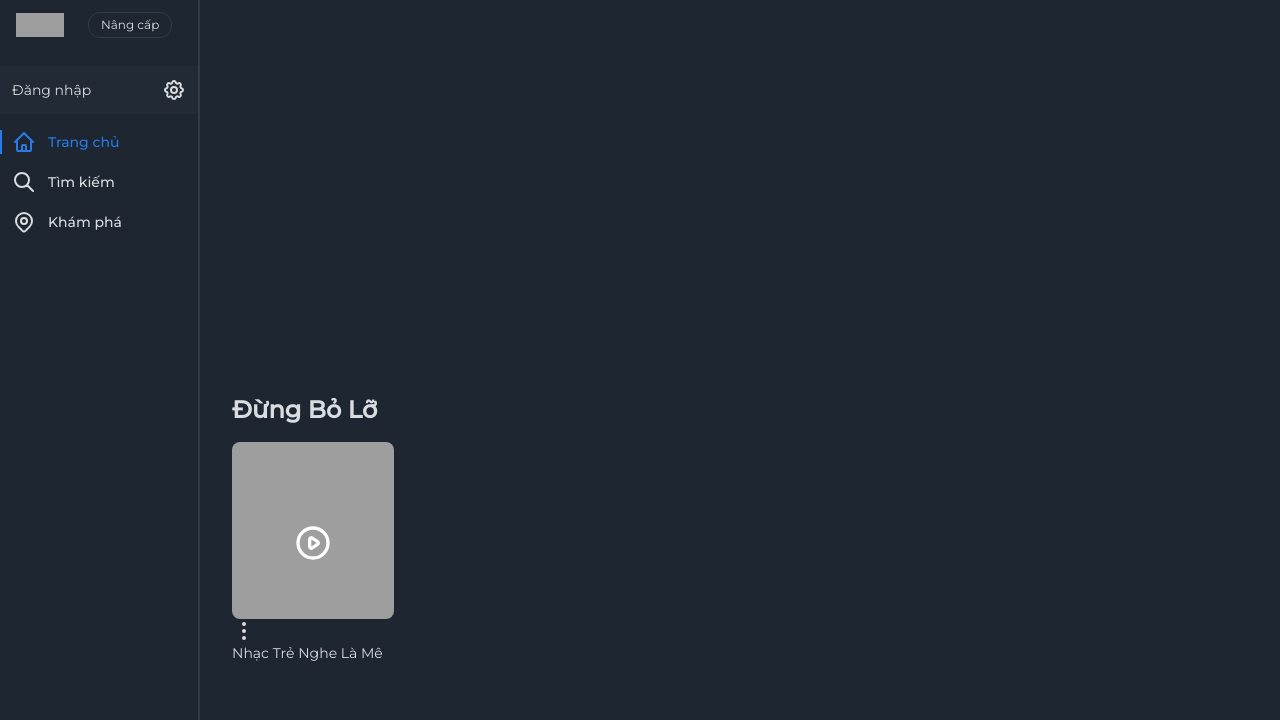
Repository: hoang0508/React-TypeScript-MP3
Page: /
These files come from the project's save history. The page is drawn as it stood at one moment and after the next save; the edit follows.
The browser window is 1280 px wide. The pictures show the whole page.
Pictures or frames that could not be fetched are drawn as grey boxes. The project was rebuilt for these pictures with package versions that can differ from the ones it lists, and the page was loaded fresh each time. Also part of the build but not shown: src/components/icon/IconDownLoad.tsx.

Above is the page before, as saved 2022-07-30 10:28:28.

### src/index.tsx
import React from "react";
import ReactDOM from "react-dom/client";
import "./index.scss";
import App from "./App";
import reportWebVitals from "./reportWebVitals";
import { BrowserRouter } from "react-router-dom";
import { Provider } from "react-redux";
import store from "./redux/configureStore";

const root = ReactDOM.createRoot(
  document.getElementById("root") as HTMLElement
);
root.render(
  <Provider store={store}>
    <BrowserRouter>
      <App />
    </BrowserRouter>
  </Provider>
);

// If you want to start measuring performance in your app, pass a function
// to log results (for example: reportWebVitals(console.log))
// or send to an analytics endpoint. Learn more: https://bit.ly/CRA-vitals
reportWebVitals();

### src/index.scss
@import url("https://fonts.googleapis.com/css2?family=Montserrat:wght@300;400;500&display=swap");
@tailwind base;
@tailwind components;
@tailwind utilities;
@layer base {
  body {
    @apply font-primary text-sm font-normal mx-auto bg-bgColor text-text1;
    text-rendering: optimizeLegibility;
    -webkit-font-smoothing: antialiased;
    max-width: 1440px;
  }
  input {
    @apply outline-none;
  }
}

body::-webkit-scrollbar {
  width: 8px;
}

body::-webkit-scrollbar-thumb {
  background-color: #1fa2ff;
  border-radius: 8px;
}

.swiper {
  width: 100%;
  height: 100%;
}

.swiper-slide {
  text-align: center;
  font-size: 18px;
  background: #fff;

  /* Center slide text vertically */
  display: -webkit-box;
  display: -ms-flexbox;
  display: -webkit-flex;
  display: flex;
  -webkit-box-pack: center;
  -ms-flex-pack: center;
  -webkit-justify-content: center;
  justify-content: center;
  -webkit-box-align: center;
  -ms-flex-align: center;
  -webkit-align-items: center;
  align-items: center;
}

.swiper-slide img {
  display: block;
  width: 100%;
  height: 100%;
  object-fit: cover;
}
.swiper .swiper-button-next,
.swiper-rtl .swiper-button-prev {
  right: 10px;
  left: auto;
  background-color: rgba(244, 246, 248, 0.02) !important;
  color: #fff;
  font-weight: 700;
}

.swiper .swiper-button-prev,
.swiper-rtl .swiper-button-next {
  left: 10px;
  right: auto;
  color: #fff;
  font-weight: 700;
}

### src/App.tsx
import React, { lazy, Suspense, useEffect } from "react";
import { useDispatch, useSelector } from "react-redux";
import { Route, Routes } from "react-router-dom";
import { Fetchdata } from "./redux/MusicSlice";
const HomePage = lazy(() => import("./pages/HomePage"));

function App() {
  return (
    <Suspense fallback={<></>}>
      <Routes>
        <Route path="/" element={<HomePage />}></Route>
      </Routes>
    </Suspense>
  );
}

export default App;

### src/redux/configureStore.tsx
import { configureStore, combineReducers } from "@reduxjs/toolkit";
import MusicSlice from "./MusicSlice";

const reducer = combineReducers({
  music: MusicSlice,
});

const store = configureStore({
  reducer: reducer,
  middleware: (getDefaultMiddleware) =>
    getDefaultMiddleware({
      serializableCheck: false,
    }).concat(),
});

export default store;

### src/pages/HomePage.tsx
import * as React from "react";
import { useDispatch } from "react-redux";
import HeadingLine from "../components/common/Headingline";
import { LayoutMusicPage } from "../layout/LayoutMusicPage";
import HomeBanner from "../modules/home/HomeBanner";
import MusicListFeed from "../modules/music/MusicListFeed";
import { Fetchdata } from "../redux/MusicSlice";

interface HomePageProps {}

export default function HomePage(props: HomePageProps) {
  const dispatch = useDispatch();
  React.useEffect(() => {
    dispatch(Fetchdata());
  }, [dispatch]);
  return (
    <LayoutMusicPage>
      <HomeBanner></HomeBanner>
      <HeadingLine>Đừng bỏ lỡ</HeadingLine>
      <MusicListFeed heading="miss"></MusicListFeed>
    </LayoutMusicPage>
  );
}

### src/redux/MusicSlice.tsx
import { createAsyncThunk, createSlice } from "@reduxjs/toolkit";
const {
  getHome,
  getSong,
  getPlaylists,
  //... and many other services
} = require("nhaccuatui-api-full");

export const Fetchdata: any = createAsyncThunk(
  "fetchMusic",
  async (dispatch, getState) => {
    const data = await getHome();
    return data;
  }
);

const MusicSlice = createSlice({
  name: "music",
  initialState: {
    dataMusic: {},
    isLoading: false,
    errorMessage: "",
  },
  reducers: {},
  extraReducers: (builder) => {
    // Bắt đầu thực hiện action login (Promise pending)
    builder.addCase(Fetchdata.pending, (state) => {
      // Bật trạng thái loading
      state.isLoading = true;
    });

    // Khi thực hiện action Fetchdata thành công (Promise fulfilled)
    builder.addCase(Fetchdata.fulfilled, (state, action) => {
      // Tắt trạng thái loading, lưu thông tin user vào store
      state.isLoading = false;
      state.dataMusic = action.payload;
    });

    // Khi thực hiện action Fetchdata thất bại (Promise rejected)
    builder.addCase(Fetchdata.rejected, (state, action) => {
      // Tắt trạng thái loading, lưu thông báo lỗi vào store
      state.isLoading = false;
      // state.errorMessage = action.payload.message;
    });
  },
});

export default MusicSlice.reducer;

### src/components/common/Headingline.tsx
import * as React from "react";

interface HeadingLineProps {
  children: any;
}

export default function HeadingLine({ children }: HeadingLineProps) {
  return (
    <h3 className="text-text1 text-2xl font-bold mb-4 capitalize">
      {children}
    </h3>
  );
}

### src/layout/LayoutMusicPage.tsx
import * as React from "react";
import { Sidebar } from "../modules/Menu/Sidebar/Sidebar";

interface ILayoutMusicPageprops {
  children: any;
}

export function LayoutMusicPage({ children }: ILayoutMusicPageprops) {
  return (
    <>
      <Sidebar></Sidebar>
      <div className="pl-[200px]">
        <div className="flex">
          <div className="w-[75%] py-6 px-8">{children}</div>
          <div className="w-[30%]"></div>
        </div>
      </div>
    </>
  );
}

### src/modules/home/HomeBanner.tsx
import * as React from "react";
import { useSelector } from "react-redux";
// Import Swiper React components
import { Swiper, SwiperSlide } from "swiper/react";

// Import Swiper styles
import "swiper/css";
import "swiper/css/pagination";
import "swiper/css/navigation";
import { Autoplay, Pagination, Navigation } from "swiper";
interface HomeBannerProps {
  description?: string;
  imageUrl?: string;
  key?: string;
  order?: number;
  thumbnail?: string;
  title?: string;
  url?: string;
}

export default function HomeBanner(props: HomeBannerProps) {
  const data = useSelector((state: any) => state.music.dataMusic);
  const dataBanner = data.showcase;
  return (
    <div className="min-h-[300px] mb-[70px]">
      <Swiper
        spaceBetween={30}
        centeredSlides={true}
        // autoplay={{
        //   delay: 3000,
        //   disableOnInteraction: false,
        // }}
        pagination={{
          clickable: true,
        }}
        navigation={true}
        modules={[Autoplay, Pagination, Navigation]}
        className="mySwiper"
      >
        {dataBanner &&
          dataBanner.length > 0 &&
          dataBanner.map((item: HomeBannerProps) => (
            <SwiperSlide key={item.key}>
              <img src={item.thumbnail} alt="" />
            </SwiperSlide>
          ))}
      </Swiper>
    </div>
  );
}

### src/modules/music/MusicListFeed.tsx
import * as React from "react";
import { useSelector } from "react-redux";
import { IconDots, IconPlay } from "../../components/icon";

interface MusicListFeedProps {
  heading: string;
}

export default function MusicListFeed({ heading }: MusicListFeedProps) {
  const data = useSelector((state: any) => state.music.dataMusic);
  let dataFeed;
  switch (heading) {
    case "miss":
      dataFeed = data?.topicEvent ? data?.topicEvent[0]?.listPlaylist : null;
      break;
    case "select":
      dataFeed = data?.topicEvent ? data?.topicEvent[1]?.listPlaylist : null;
      break;
    case "fire":
      dataFeed = data?.topicEvent ? data?.topicEvent[2]?.listPlaylist : null;
      break;
    default:
      break;
  }
  console.log(dataFeed);
  return (
    <div className="grid grid-cols-4 gap-x-5">
      <div>
        <div className="relative">
          <div className="h-[177px] ">
            <img
              src="https://images.unsplash.com/photo-1470225620780-dba8ba36b745?ixlib=rb-1.2.1&ixid=MnwxMjA3fDB8MHxzZWFyY2h8MXx8bXVzaWN8ZW58MHx8MHx8&auto=format&fit=crop&w=500&q=60"
              alt=""
              className="w-full h-full rounded-lg object-cover"
            />
          </div>
          <div className="">
            <span
              className="absolute top-2/4 left-2/4 -translate-x-2/4 -translate-y-2/4 cursor-pointer text-xl text-white
            "
            >
              <IconPlay className="w-10 h-10"></IconPlay>
            </span>
            <span>
              <IconDots></IconDots>
            </span>
          </div>
        </div>
        <h3>Nhạc Trẻ Nghe Là Mê</h3>
      </div>
    </div>
  );
}

### src/modules/Menu/Sidebar/Sidebar.tsx
import * as React from "react";
import { Link, NavLink } from "react-router-dom";
import { Button } from "../../../components/button";
import {
  IconDiscover,
  IconHome,
  IconSearch,
  Iconsetting,
} from "../../../components/icon";
import "./Sidebar.scss";

export interface Sidebarprops {}

const SidebarLinks = [
  {
    id: 1,
    title: "Trang chủ",
    icon: <IconHome />,
    to: "/",
  },
  {
    id: 2,
    title: "Tìm kiếm",
    icon: <IconSearch />,
    to: "/timkiem",
  },
  {
    id: 3,
    title: "Khám phá",
    icon: <IconDiscover />,
    to: "/khampha",
  },
];

export function Sidebar(props: Sidebarprops) {
  const linkClass = `flex items-center gap-x-3 mb-4 relative font-medium pl-3`;
  return (
    <div className="max-w-[200px] w-full h-full fixed top-0 left-0 z-20 border-r-2 border-borderColor">
      <div className="flex items-center gap-x-6 py-3 px-4">
        <img
          src="/logo.png"
          alt="logo"
          className="w-[48px] h-[24px] object-cover"
        />
        <Button>Nâng cấp</Button>
      </div>
      <div className="flex items-center bg-bgColor2 justify-between my-4 p-3 text-sm">
        <Link to={"/"}>Đăng nhập</Link>
        <Iconsetting />
      </div>
      {SidebarLinks &&
        SidebarLinks.length > 0 &&
        SidebarLinks.map((link) => (
          <NavLink
            to={link.to}
            className={({ isActive }) =>
              isActive ? `${linkClass} link-border text-primary` : linkClass
            }
            key={link.id}
          >
            {link.icon}
            <span>{link.title}</span>
          </NavLink>
        ))}
    </div>
  );
}

### src/components/icon/index.ts
import IconDiscover from "./IconDiscover";
import IconDots from "./IconDots";
import IconDownLoad from "./IconDownLoad";
import IconHome from "./IconHome";
import IconPlay from "./IconPlay";
import IconSearch from "./IconSearch";
import Iconsetting from "./IconSetting";

export {
  Iconsetting,
  IconDiscover,
  IconHome,
  IconSearch,
  IconDownLoad,
  IconDots,
  IconPlay,
};

### src/modules/Menu/Sidebar/Sidebar.scss
.link-border {
  position: relative;
  &::before {
    content: "";
    position: absolute;
    left: 0;
    top: 0;
    width: 2px;
    height: 100%;
    background-color: #287be5;
  }
}

.home {
  &-banner {
    background: #3e5151; /* fallback for old browsers */
    background: -webkit-linear-gradient(
      to right,
      #decba4,
      #3e5151
    ); /* Chrome 10-25, Safari 5.1-6 */
    background: linear-gradient(
      to right,
      #decba4,
      #3e5151
    ); /* W3C, IE 10+/ Edge, Firefox 16+, Chrome 26+, Opera 12+, Safari 7+ */
  }
}

### src/components/icon/IconDiscover.tsx
import * as React from "react";

export interface IconDiscoverProps {}

export default function IconDiscover(props: IconDiscoverProps) {
  return (
    <svg
      xmlns="http://www.w3.org/2000/svg"
      className="h-6 w-6"
      fill="none"
      viewBox="0 0 24 24"
      stroke="currentColor"
    >
      <path
        strokeLinecap="round"
        strokeLinejoin="round"
        strokeWidth={2}
        d="M17.657 16.657L13.414 20.9a1.998 1.998 0 01-2.827 0l-4.244-4.243a8 8 0 1111.314 0z"
      />
      <path
        strokeLinecap="round"
        strokeLinejoin="round"
        strokeWidth={2}
        d="M15 11a3 3 0 11-6 0 3 3 0 016 0z"
      />
    </svg>
  );
}

### src/components/icon/IconDots.tsx
import * as React from "react";

export interface IconDotsProps {}

export default function IconDots(props: IconDotsProps) {
  return (
    <svg
      xmlns="http://www.w3.org/2000/svg"
      className="h-6 w-6"
      fill="none"
      viewBox="0 0 24 24"
      stroke="currentColor"
    >
      <path
        strokeLinecap="round"
        strokeLinejoin="round"
        strokeWidth={2}
        d="M12 5v.01M12 12v.01M12 19v.01M12 6a1 1 0 110-2 1 1 0 010 2zm0 7a1 1 0 110-2 1 1 0 010 2zm0 7a1 1 0 110-2 1 1 0 010 2z"
      />
    </svg>
  );
}

### src/components/icon/IconHome.tsx
import * as React from "react";
// import styled from "styled-components";

// const IconStyleColorHome = styled.span`
//   background: linear-gradient(to top right, #287be5, #29d7ff);
// `;

export interface IconHomeProps {}

export default function IconHome(props: IconHomeProps) {
  return (
    <span>
      <svg
        xmlns="http://www.w3.org/2000/svg"
        className="h-6 w-6"
        fill="none"
        viewBox="0 0 24 24"
        stroke="#287be5"
      >
        <path
          strokeLinecap="round"
          strokeLinejoin="round"
          strokeWidth={2}
          d="M3 12l2-2m0 0l7-7 7 7M5 10v10a1 1 0 001 1h3m10-11l2 2m-2-2v10a1 1 0 01-1 1h-3m-6 0a1 1 0 001-1v-4a1 1 0 011-1h2a1 1 0 011 1v4a1 1 0 001 1m-6 0h6"
        />
      </svg>
    </span>
  );
}

### src/components/icon/IconPlay.tsx
import * as React from "react";

export interface IconPlayProps {
  className?: string;
}

export default function IconPlay({ className }: IconPlayProps) {
  return (
    <svg
      xmlns="http://www.w3.org/2000/svg"
      className={className}
      fill="none"
      viewBox="0 0 24 24"
      stroke="currentColor"
    >
      <path
        strokeLinecap="round"
        strokeLinejoin="round"
        strokeWidth={2}
        d="M14.752 11.168l-3.197-2.132A1 1 0 0010 9.87v4.263a1 1 0 001.555.832l3.197-2.132a1 1 0 000-1.664z"
      />
      <path
        strokeLinecap="round"
        strokeLinejoin="round"
        strokeWidth={2}
        d="M21 12a9 9 0 11-18 0 9 9 0 0118 0z"
      />
    </svg>
  );
}

### src/components/icon/IconSearch.tsx
import * as React from "react";

export interface IconSearchProps {}

export default function IconSearch(props: IconSearchProps) {
  return (
    <svg
      xmlns="http://www.w3.org/2000/svg"
      className="h-6 w-6"
      fill="none"
      viewBox="0 0 24 24"
      stroke="currentColor"
    >
      <path
        strokeLinecap="round"
        strokeLinejoin="round"
        strokeWidth={2}
        d="M21 21l-6-6m2-5a7 7 0 11-14 0 7 7 0 0114 0z"
      />
    </svg>
  );
}

### src/components/icon/IconSetting.tsx
import * as React from "react";

export interface IconsettingProps {}

export default function Iconsetting(props: IconsettingProps) {
  return (
    <svg
      xmlns="http://www.w3.org/2000/svg"
      className="h-6 w-6"
      fill="none"
      viewBox="0 0 24 24"
      stroke="currentColor"
    >
      <path
        strokeLinecap="round"
        strokeLinejoin="round"
        strokeWidth={2}
        d="M10.325 4.317c.426-1.756 2.924-1.756 3.35 0a1.724 1.724 0 002.573 1.066c1.543-.94 3.31.826 2.37 2.37a1.724 1.724 0 001.065 2.572c1.756.426 1.756 2.924 0 3.35a1.724 1.724 0 00-1.066 2.573c.94 1.543-.826 3.31-2.37 2.37a1.724 1.724 0 00-2.572 1.065c-.426 1.756-2.924 1.756-3.35 0a1.724 1.724 0 00-2.573-1.066c-1.543.94-3.31-.826-2.37-2.37a1.724 1.724 0 00-1.065-2.572c-1.756-.426-1.756-2.924 0-3.35a1.724 1.724 0 001.066-2.573c-.94-1.543.826-3.31 2.37-2.37.996.608 2.296.07 2.572-1.065z"
      />
      <path
        strokeLinecap="round"
        strokeLinejoin="round"
        strokeWidth={2}
        d="M15 12a3 3 0 11-6 0 3 3 0 016 0z"
      />
    </svg>
  );
}

### src/components/button/Button.tsx
import * as React from "react";

interface Buttonprops {
  children: any;
  className?: string;
}

export default function Button({
  children,
  className = "text-xs inline-block py-1 px-3",
}: Buttonprops) {
  return (
    <button
      className={`border-borderColor rounded-xl border cursor-pointer ${className}`}
    >
      {children}
    </button>
  );
}

### tailwind.config.js
module.exports = {
  content: ["./src/**/*.{js,jsx,ts,tsx}"],
  theme: {
    extend: {
      fontFamily: {
        primary: ["Montserrat", "sans-serif;"],
      },
      colors: {
        primary: "#287BE5",
        bgColor: "#1d2631",
        text1: "rgba(244,246,248,0.88)",
        text2: "rgba(244,246,248,0.5)",
        bgColor2: "rgba(244,246,248,0.02)",
        borderColor: "rgba(244,246,248,0.1)",
      },
    },
  },
  plugins: [],
};

Loaded but not shown: public/index.html (common file); src/reportWebVitals.ts (common file); src/components/button/index.ts (common file)

After the next save:
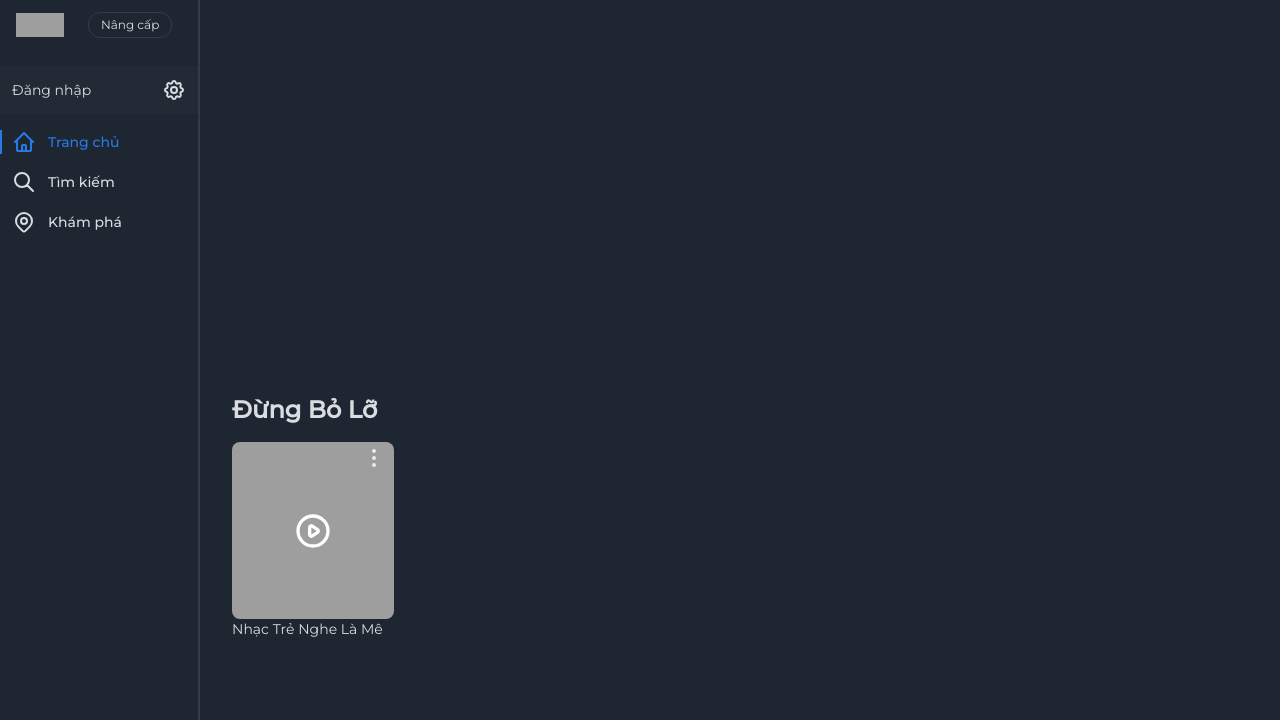
Saved 65 s later.
--- a/src/modules/music/MusicListFeed.tsx
+++ b/src/modules/music/MusicListFeed.tsx
@@ -41,7 +41,7 @@ export default function MusicListFeed({ heading }: MusicListFeedProps) {
             >
               <IconPlay className="w-10 h-10"></IconPlay>
             </span>
-            <span>
+            <span className="absolute top-1 right-2">
               <IconDots></IconDots>
             </span>
           </div>
